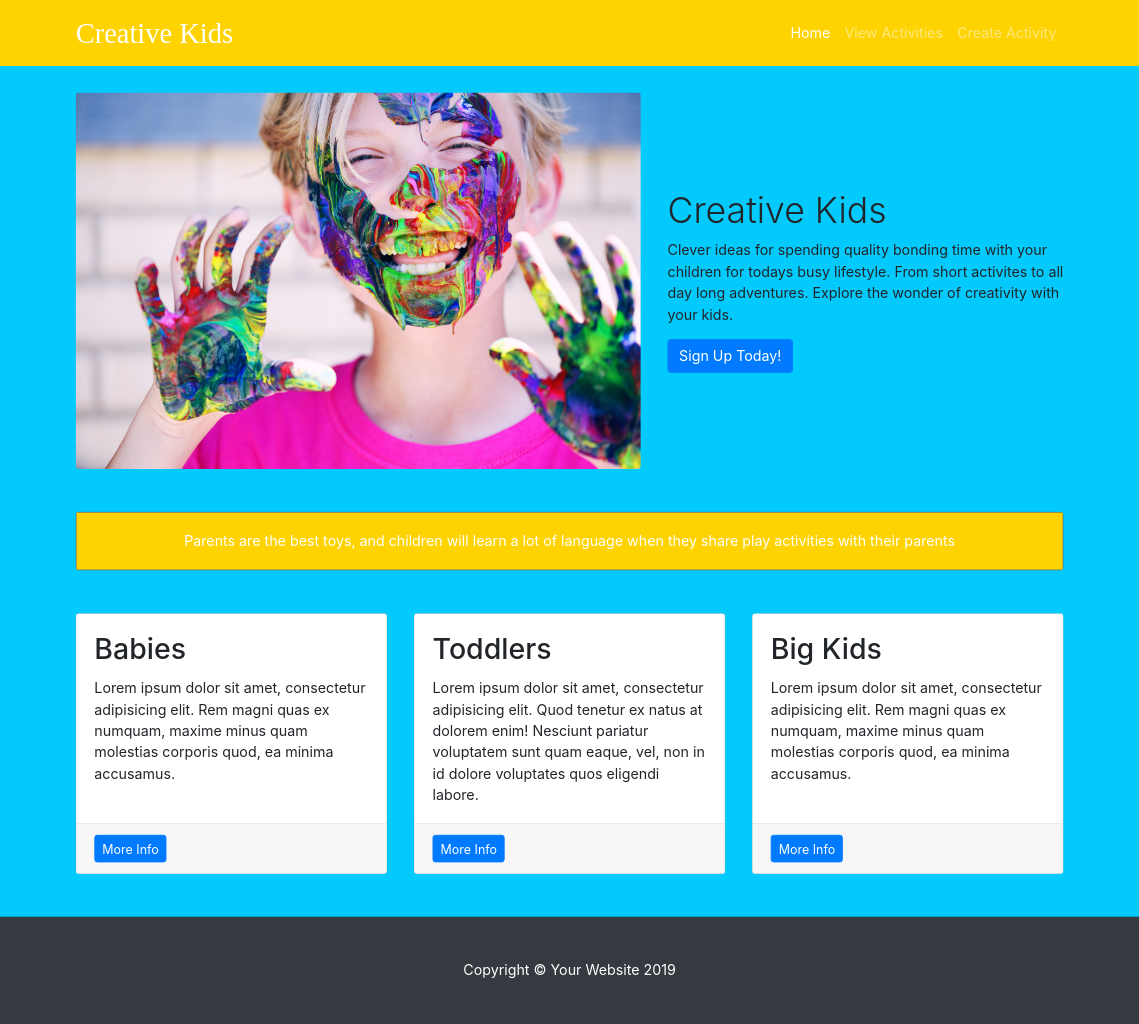
Repository: Neilfoster/milestone_project_3
Page: http://localhost/
The author's editor kept a record of every edit. The page is drawn from the files as they stood at one moment, then again after the next edit.
The browser window is 1280 px wide. The pictures show the whole page, at 89% of full size.
Some web fonts or font styles are not loaded; a fallback is used. Some web libraries are served in a nearby version. The page is served by the project's application, run on Flask 3 (app.py). Queries for data that is not in the repository find no rows.

Above is the page before.

### templates/home.html
{% extends "base.html" %}
{% block content %}

  <!-- Page Content -->
  <div class="container">

    <!-- Heading Row -->
    <div class="row align-items-center my-5">
      <div class="col-lg-7">
        <img class="img-fluid rounded mb-4 mb-lg-0" src="static/images/main-img.jpg" alt="kid with paint">
      </div>
      <!-- /.col-lg-8 -->
      <div class="col-lg-5">
        <h1 class="font-weight-light home_title">Creative Kids</h1>
        <p>Clever ideas for spending quality bonding time with your children for todays busy lifestyle. From short activites to all day long adventures. Explore the wonder of creativity with your kids.</p>
        <a class="btn btn-primary" href="#">Sign Up Today!</a>
      </div>
      <!-- /.col-md-4 -->
    </div>
    <!-- /.row -->

    <!-- Call to Action Well -->
    <div class="card text-white bg-secondary my-5  text-center">
      <div class="card-body cstm_jumb_home">
        <p class="text-white m-0">Parents are the best toys, and children will learn a lot of language when they share play activities with their parents</p>
      </div>
    </div>

    <!-- Content Row -->

    <div class="row">
      <div class="col-md-4 mb-5">
        <div class="card h-100">
          <div class="card-body">
            <h2 class="card-title home_title">Babies</h2>
            <p class="card-text">Lorem ipsum dolor sit amet, consectetur adipisicing elit. Rem magni quas ex numquam, maxime minus quam molestias corporis quod, ea minima accusamus.</p>
          </div>
          <div class="card-footer">
            <a href="#" class="btn btn-primary btn-sm">More Info</a>
          </div>
        </div>
      </div>
      <!-- /.col-md-4 -->
      <div class="col-md-4 mb-5">
        <div class="card h-100">
          <div class="card-body">
            <h2 class="card-title home_title">Toddlers</h2>
            <p class="card-text">Lorem ipsum dolor sit amet, consectetur adipisicing elit. Quod tenetur ex natus at dolorem enim! Nesciunt pariatur voluptatem sunt quam eaque, vel, non in id dolore voluptates quos eligendi labore.</p>
          </div>
          <div class="card-footer">
            <a href="#" class="btn btn-primary btn-sm">More Info</a>
          </div>
        </div>
      </div>
      <!-- /.col-md-4 -->
      <div class="col-md-4 mb-5">
        <div class="card h-100">
          <div class="card-body">
            <h2 class="card-title home_title">Big Kids</h2>
            <p class="card-text">Lorem ipsum dolor sit amet, consectetur adipisicing elit. Rem magni quas ex numquam, maxime minus quam molestias corporis quod, ea minima accusamus.</p>
          </div>
          <div class="card-footer">
            <a href="#" class="btn btn-primary btn-sm">More Info</a>
          </div>
        </div>
      </div>
      <!-- /.col-md-4 -->

    </div>
    <!-- /.row -->

  </div>
  <!-- /.container -->

  {% endblock %}
</body>

</html>

### templates/base.html
<!DOCTYPE html>
<html lang="en">

<head>

  <meta charset="utf-8">
  <meta name="viewport" content="width=device-width, initial-scale=1, shrink-to-fit=no">
  <meta name="description" content="">
  <meta name="author" content="">

  <title>Creative Kids</title>

  <!-- Bootstrap core CSS -->
  <link href="static/css/bootstrap.min.css" rel="stylesheet">

  <!-- CDN for Bootstrap core CSS -->
  <!-- <link rel="stylesheet" href="https://stackpath.bootstrapcdn.com/bootstrap/4.3.1/css/bootstrap.min.css" type="text/css" /> -->

  <!-- Custom styles for this template -->
  <link href="static/css/small-business.css" rel="stylesheet">

  <!-- Custom styles-->
  <link href="static/css/style.css" rel="stylesheet">

  <!-- Google Fonts-->
  <link href="https://fonts.googleapis.com/css?family=Butterfly+Kids&display=swap" rel="stylesheet">

</head>

<body>

  <!-- Navigation -->
  <nav class="navbar navbar-expand-lg navbar-dark fixed-top cstmnav">
    <div class="container">
      <a class="navbar-brand nav_txt" href="#">Creative Kids</a>
      <button class="navbar-toggler" type="button" data-toggle="collapse" data-target="#navbarResponsive" aria-controls="navbarResponsive" aria-expanded="false" aria-label="Toggle navigation">
        <span class="navbar-toggler-icon"></span>
      </button>
      <div class="collapse navbar-collapse" id="navbarResponsive">
        <ul class="navbar-nav ml-auto">
          <li class="nav-item active">
            <a class="nav-link" href="#">Home
              <span class="sr-only">(current)</span>
            </a>
          </li>
          <li class="nav-item">
            <a class="nav-link" href="#">View Activities</a>
          </li>
          <li class="nav-item">
            <a class="nav-link" href="#">Create Activity</a>
          </li>

        </ul>
      </div>
    </div>
  </nav>

  {% block content %} {% endblock %}



  <!-- Footer -->
  <footer class="py-5 bg-dark">
    <div class="container">
      <p class="m-0 text-center text-white">Copyright &copy; Your Website 2019</p>
    </div>
    <!-- /.container -->
  </footer>


  <!-- Bootstrap core JavaScript -->
  <script src="static/js/jquery.min.js"></script>
  <script src="static/js/bootstrap.bundle.min.js"></script>

<!-- Font Awesome js-->
  <script src="https://kit.fontawesome.com/8aa891fdce.js" crossorigin="anonymous"></script>
</body>

</html>

### app.py
import os
from flask import Flask, render_template, redirect, request, url_for
from flask_pymongo import PyMongo
from bson.objectid import ObjectId

app = Flask(__name__)

app.config["MONGO_DBNAME"] = 'milestoneproject3me'
app.config["MONGO_URI"] = os.environ.get('mongo_uri')

mongo = PyMongo(app)

@app.route('/')
@app.route('/home')
def get_activities():
    return render_template("home.html",
    activities=mongo.db.Activities.find())

@app.route('/activity_view')
def activity_view():
    return render_template('activity_view.html',
    activities=mongo.db.Activities.find().limit(10),
    ages=mongo.db.ages.age_group.find(),
    durations=mongo.db.duration.find())

@app.route('/add_activity')
def add_activity():
    return render_template('add_activity.html',
    ages=mongo.db.ages.find(),
    durations=mongo.db.duration.find())

@app.route('/insert_activity', methods=['POST'])
def insert_activity():
    activities=mongo.db.Activities
    activities.insert_one(request.form.to_dict())
    return redirect(url_for('activity_view'))


if __name__ == "__main__":
    app.run(host=os.environ.get('IP'),
        port=int(os.environ.get('PORT')),
        debug=True)

### static/css/style.css
body {
    background-color: #03cafc;

}

.forum_text {
    margin-left: 1%;
}

.my_button{
    margin-bottom: 2%;
}

.cstmnav{
    background-color: #ffd300;

}

.cstm_jumb{
    border: 5px solid #ffd300;
    border-radius:1%;
    margin-top: 5%;
}

.cstm_select {
    border: 2px solid #ffd300;
    border-radius:1%;
    margin-top:1%;
    margin-bottom: 1%;

}

.cstm_card {
    border: 2px solid #ffd300;
    border-radius:1%;
    margin:1%;
}

.cstm_jumb_home{
    background-color: #ffd300;
}

.nav_txt {
    font-size:2rem;
    font-family: 'Butterfly Kids', cursive;
}

Loaded but not shown: static/css/bootstrap.min.css (library); static/css/small-business.css (common file); static/js/jquery.min.js (library); static/js/bootstrap.bundle.min.js (library)

After the next edit:
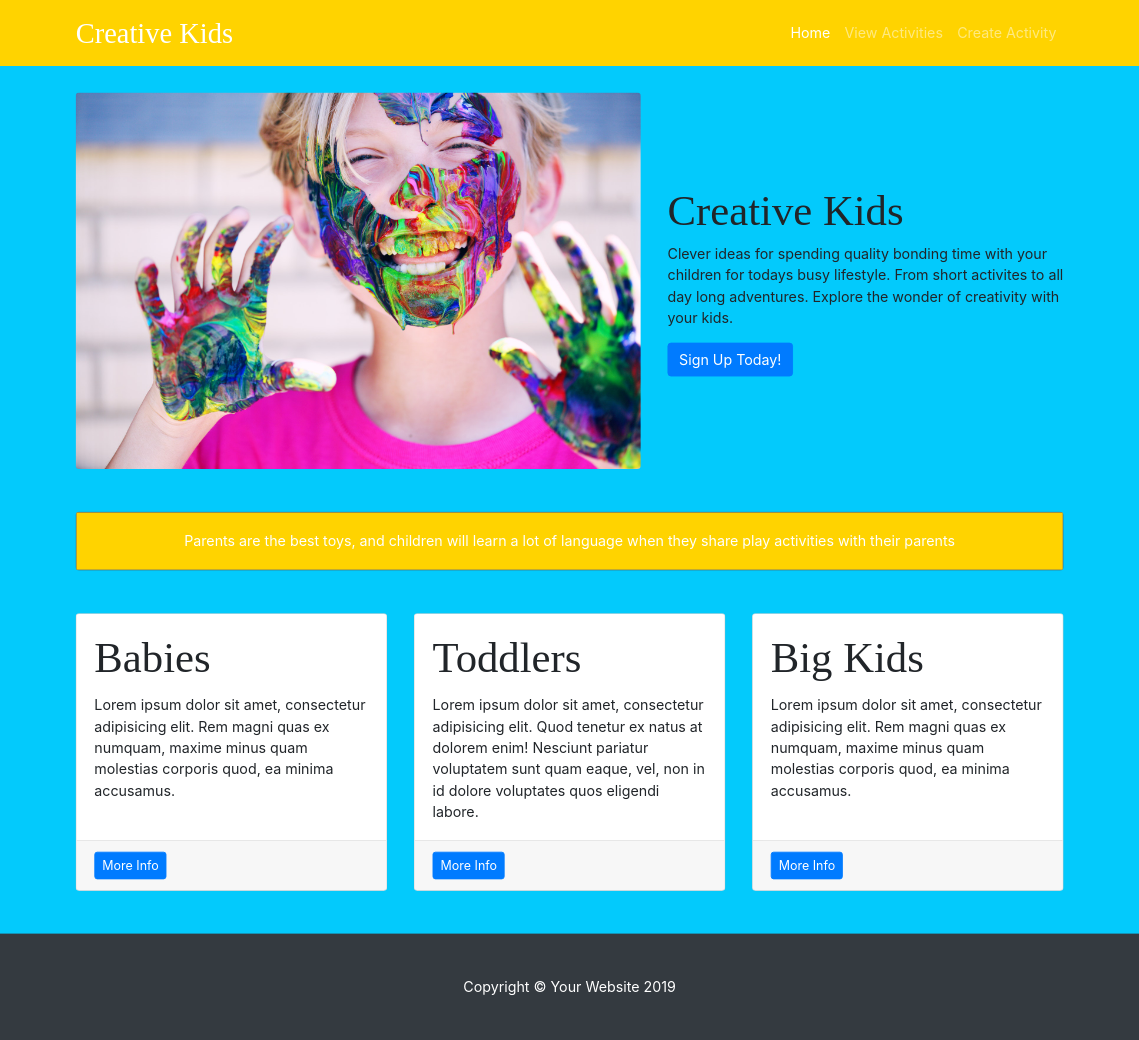
The edit:
--- a/static/css/style.css
+++ b/static/css/style.css
@@ -44,3 +44,8 @@ body {
     font-size:2rem;
     font-family: 'Butterfly Kids', cursive;
 }
+
+.home_title {
+    font-family: 'Butterfly Kids', cursive;
+    font-size:3rem;
+}
